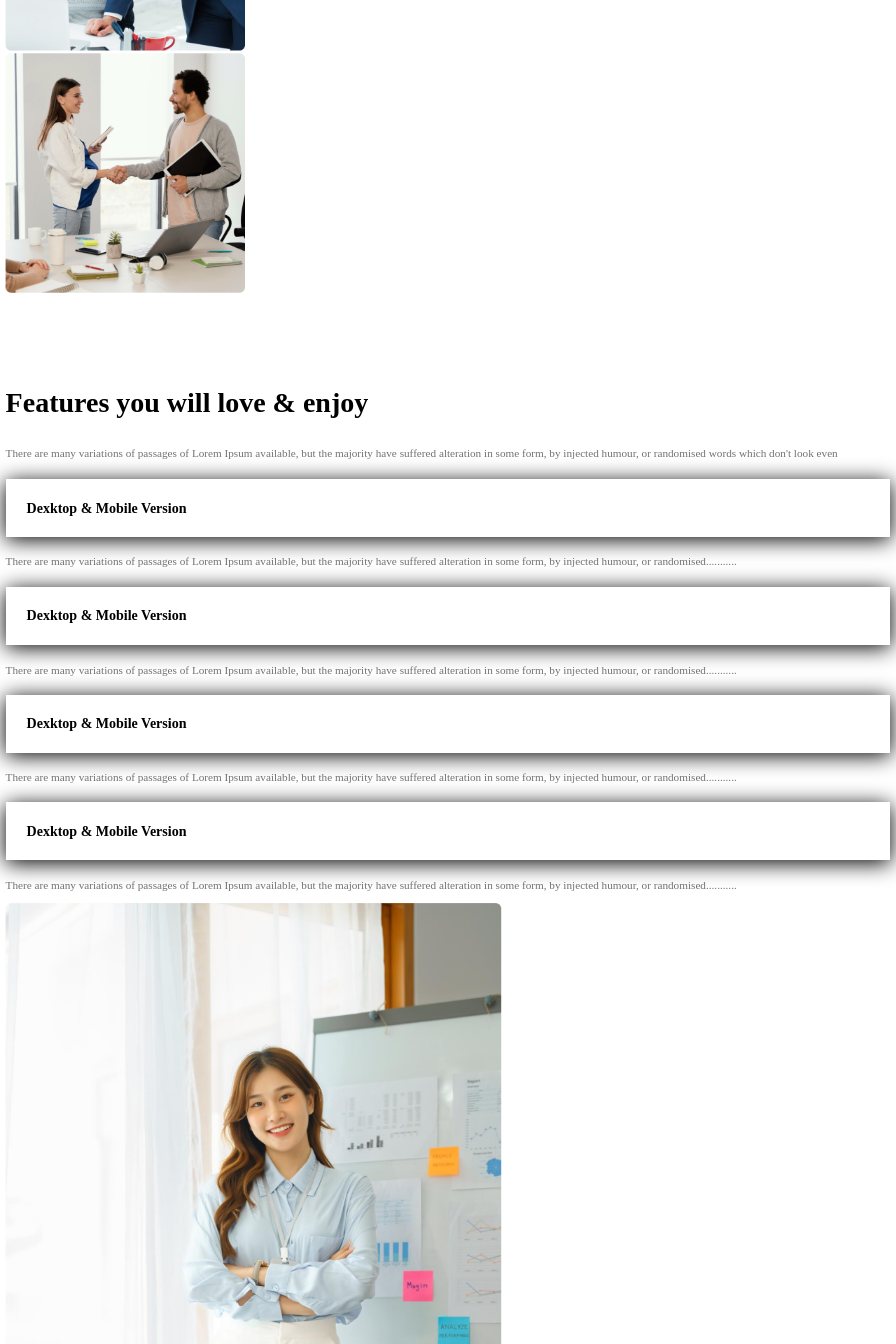
Repository: tanimtanzilislam/g3-architect-website
Page: index.html
An editor plug-in stored every save of this project. The page is shown before and after the next save, followed by the edit.
The browser window is 1280 px wide. The pictures show the part of the page from y = 2263 to 4183 px (the page is 6203 px tall), at 70% of full size.

Above is the page before, as saved 2026-02-06 22:32:29.

### index.html
<!DOCTYPE html>
<html lang="en">
<head>
    <meta charset="UTF-8">
    <meta name="viewport" content="width=device-width, initial-scale=1.0">
    <title>G3 Architecture</title>
    <link rel="stylesheet" href="styles/styles.css">
</head>
<body class=".work-sans-font">
    <header class="bg-light" >
        <nav class="navbar display-flex">
            <h3 class="brand">G3 Architect </h3>
             <ul class="nav-links display-flex">

                <li class="nav-item"><a href="" class="nav-link text-gray">Home</a></li>
                <li class="nav-item"><a href="" class="nav-link text-gray">About</a></li>
                <li class="nav-item"><a href="" class="nav-link text-gray">Contact-Us</a></li>
                <li class="nav-item"><a href="" class="nav-link text-gray">Login</a></li>
             </ul>
        </nav>

        <div class="banner">
        <div class="banner-content">
        <h1 class="banner-title">
                Brand new group of Architectects
            </h1>
            <p class="banner-description">
                There are many variations of passages of Lorem Ipsum available, but the majority have suffered alteration in some form, by injected humour, or randomised words which don't look even
            </p>
            <button class="btn-primary">Explore More</button>
            </div>

            <img class="banner-image" src="images/banner.png" alt="">
        </div>
    </header>
    <main>
        <!-- team section start -->
        <section class="teams display-flex">

            <div class="team-imag-container">

                <img src="images/team1.png" alt="two at=rchitect discussing about design">
                 <img src="images/team2.png" alt="">
                 <img src="images/team3.png" alt="">
                 <img src="images/team4.png" alt="">
            </div>

            <div class="our-features">
                <h3 class="section-title"> <span id="quick-list">Quick list </span><span>of our</span> <span  class="text-primary">features</span></h3>
                 <p class="feature-description  text-light-gray">
                    There are many variations of passages of Lorem Ipsum available, but the majority have suffered alteration in some form, by injected humour, or randomised words which don't look even
                 </p>
                 <button class="btn-primary">Explore More</button>
            </div>




        </section>

        <!-- featue section started -->
         <section class="features">
            <div>
           <h3 id="feature-section-title" class="section-title">Features you will love & enjoy</h3>
           <p class="text-light-gray">There are many variations of passages of Lorem Ipsum available, but the majority have suffered alteration in some form, by injected humour, or randomised words which don't look even</p>

           <!-- feature card container -->
            <div class="feature-card">
                <h4 class="feature-title">Dexktop & Mobile Version</h4>
                <p class="text-light-gray"> There are many variations of passages of Lorem Ipsum available, but the majority have suffered alteration in some form, by injected humour, or randomised...........</p>
            </div>
            <div class="feature-card">
                <h4 class="feature-title">Dexktop & Mobile Version</h4>
                <p class="text-light-gray"> There are many variations of passages of Lorem Ipsum available, but the majority have suffered alteration in some form, by injected humour, or randomised...........</p>
            </div>
            <div class="feature-card">
                <h4 class="feature-title">Dexktop & Mobile Version</h4>
                <p class="text-light-gray"> There are many variations of passages of Lorem Ipsum available, but the majority have suffered alteration in some form, by injected humour, or randomised...........</p>
            </div>
            <div class="feature-card">
                <h4 class="feature-title">Dexktop & Mobile Version</h4>
                <p class="text-light-gray"> There are many variations of passages of Lorem Ipsum available, but the majority have suffered alteration in some form, by injected humour, or randomised...........</p>
            </div>
            </div>
            <div>
                <img src="images/architect.png" alt="">
            </div>
         </section>

        <!-- some facts -->
         <section>
            <h3 class="section-title"> Some Facts</h3>
            <p class="text-light-gray fact-description">There are many variations of passages of Lorem Ipsum available, but the majority have suffered alteration.</p>

            <div class="facts-container">
                <!-- .fact-card*4>img.fact-icon+h4.fact-number+h5.fact-name -->
             <div class="fact-card display-flex">
                <img src="images/icons/ribon.png" alt="" class="fact-icon">
                <h4 class="fact-number">54</h4>
                <h5 class="fact-name">Awards Winning</h5>
             </div>
             <div class="fact-card">
                <div >
                    <img src="images/icons/projects.png" alt="" class="fact-icon">
                <h4 class="fact-number">1458</h4>
                <h5 class="fact-name">projects</h5>
                </div>
             </div>
             <div class="fact-card display-flex">
                <div>
                    <img src="images/icons/customers.png" alt="" class="fact-icon">
                <h4 class="fact-number">590</h4>
                <h5 class="fact-name">customers</h5>
                </div>
             </div>
             <div class="fact-card display-flex">
                <div>
                    <img src="images/icons/email.png" alt="" class="fact-icon">
                <h4 class="fact-number">22578</h4>
                <h5 class="fact-name">Email Send</h5>
                </div>
             </div>

            </div>

         </section>

         <!-- our facts -->
          <section class="our-sponsors">
            <div class="sponsor-info">
               <h3 class="section-title">Our Sponsors</h3>
               <p class="text-light-gray">
                There are many variations of passages of Lorem Ipsum available, but the majority have suffered alteration.
               </p>
               <div class="sponsor-companies">

                <img src="images/sponsors/spotify.png" alt="">
                 <img src="images/sponsors/google.png" alt="">
                  <img src="images/sponsors/amazon.png" alt="">
                   <img src="images/sponsors/telerama.png" alt="">
                    <img src="images/sponsors/figma.png" alt="">
               </div>

            </div>

          </section>
    </main>
    <footer></footer>

</body>
</html>

### styles/styles.css
@import url('https://fonts.googleapis.com/css2?family=Work+Sans:ital,wght@0,100..900;1,100..900&display=swap');

.work-sans-font{
  font-family: "Work Sans", sans-serif;
  font-optical-sizing: auto;
  font-weight: 400;
  font-style: normal;
}

/* shared styles */
.display-flex{
  display:flex;
}

.text-gray{
  color:#424242;
}

/* dark02 */
.text-light-gray{
  color:#727272;
}

/* header styles */

.navbar{
  justify-content: space-between;
  align-items:center;
}
.brand{
  font-weight:700;
  font-size:45px;
}

/* navbar related styles */
.bg-light{
  background-color: rgba(255,144,14,0.1);
}

.nav-item{
  list-style:none;
  margin-right:30px;
}

.nav-link{
  text-decoration:none;
  font-weight:500;
}
.navbar ,.banner{
  max-width:1440px;
  margin:0 auto;
}

/* banner related styles */

.banner-content{
  max-width:850px;
  margin: 0 auto 50px auto;
}
.banner-title{
  font-weight: 700;
  font-size:4em;
}
.btn-primary{
  background-color:#FF900E;
  color:white;
  padding:20px 25px;
  font-size: 1.25rem;
  font-weight:600;
  border-radius: 0;
}
.banner-image{
  width:100%;
}

/* team and feature related styles */

.teams{
  align-items:center;
}
.team-img-container{
  display:grid;
  grid-template-columns: repeat(2,1fr);
}
main>section{
  margin-top:130px;
}

.our-features{
  margin-left: 130px;
  max-width: 530px;
}

.section-title{
  font-size:2.5rem;
  font-weight: 700;
}
#quick-list{
  font-weight:500;
}


/* Features section related styles */
#featue-section-title{
  border-left: 5px solid #FF900E;
  padding:20px;
}

.feature-card-
.facts-container{
  display:grid;
  grid-template-columns: repeat(4,1fr);
}

.feature-card .feature-title{
  font-weight:600;
  font-size:1.25rem;
  padding:30px;
  box-shadow: 0 4px 30px 0 ;

}
/* Some Facts related styles */
.fact-card{
  border: 1px solid #FF900E;
  width:240px;
  height:240px;
  border-radius:8px;
  text-align: center;
  align-items:center;
  justify-content: center;
}
.fact-number{
  font-size: 2.8rem;
  font-weight: 600;
  margin-top:5px;
  margin-bottom:10px;
}
.fact-name{
  font-size:1.25rem;
  font-weight:600;
}

.text-primary{
  color:#FF900E;
}
.fact-description{
  max-width:540px;
}
.sponsor-companies{
  justify-items: center;
  gap:24px;
}

/* responsive media query */
@media screen and (max-width:576px){
  .navbar ,.nav-links, .teams{
    flex-direction: column;
  }

  .team-img-container, .facts-container,
  .sponsor-companies{
    grid-template-columns: 1fr;
  }
  .facts-container,.sponsor-companies{
    justify-content: center;
    gap:24px;
  }
  .our-features{
    margin-left:20px;
  }
}

main{
  max-width:1440px;
  margin:0px auto;
}

/* sponsor related styles */
.sponsor-info{
  max-width:540px;
  margin:50px auto;
}
.sponsor-companies img{
  filter:grayscale(100%);
}

/*  medium size device */
@media screen and (min-width:576px) and (max-width:992px){
  .teams{
    flex-direction:column;
  }
  .our-features{
    margin:50px auto;
  }
  .sponsor-companies,.facts-container{
    grid-template-columns:repeat(3,1fr);
    gap:50px;
    justify-items: center;
  }
}

After the next save:
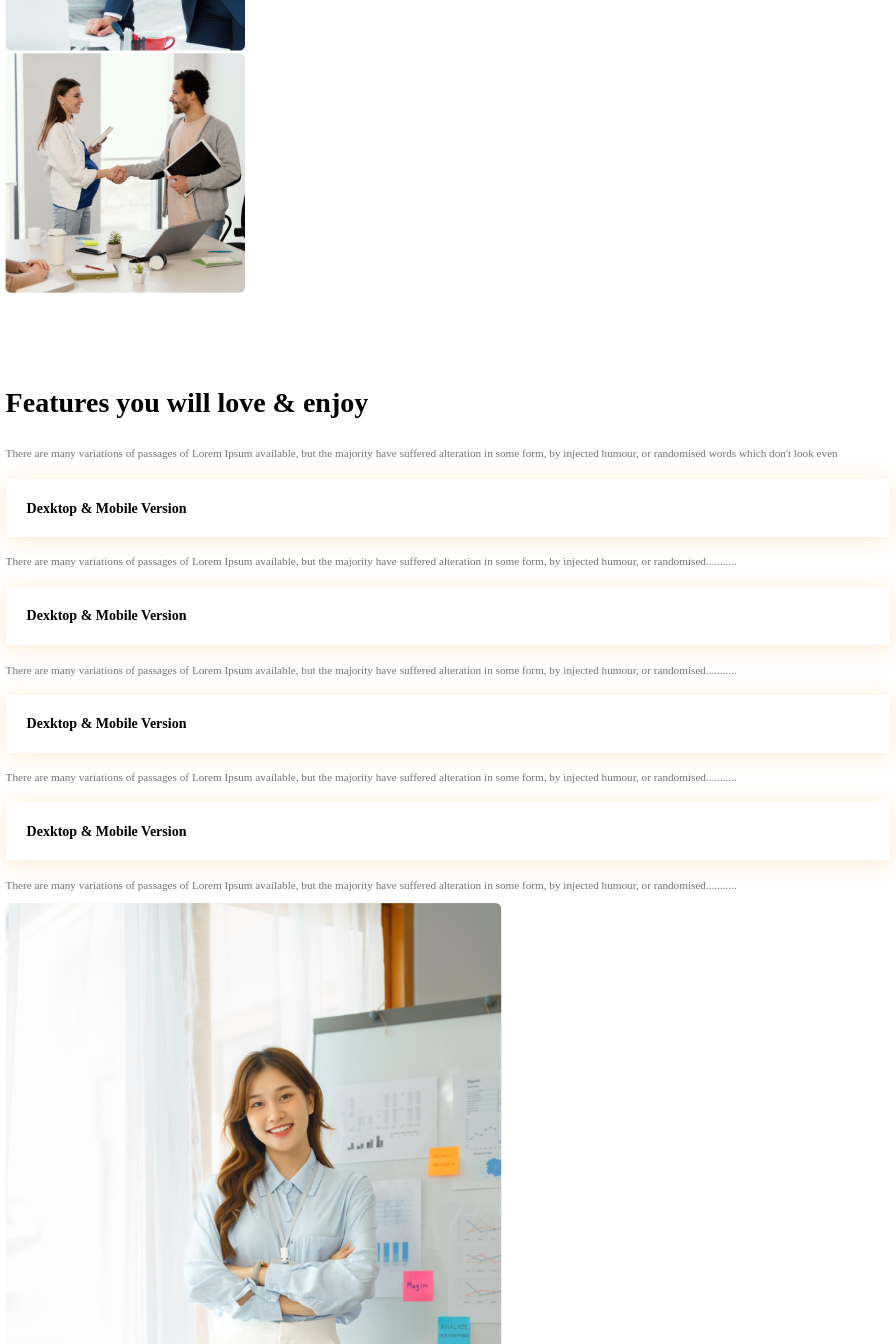
Saved 14 s later.
--- a/styles/styles.css
+++ b/styles/styles.css
@@ -116,7 +116,7 @@
   font-weight:600;
   font-size:1.25rem;
   padding:30px;
-  box-shadow: 0 4px 30px 0 ;
+  box-shadow: 0 4px 30px 0 rgba(255,144,14,0.2);
 
 }
 /* Some Facts related styles */
